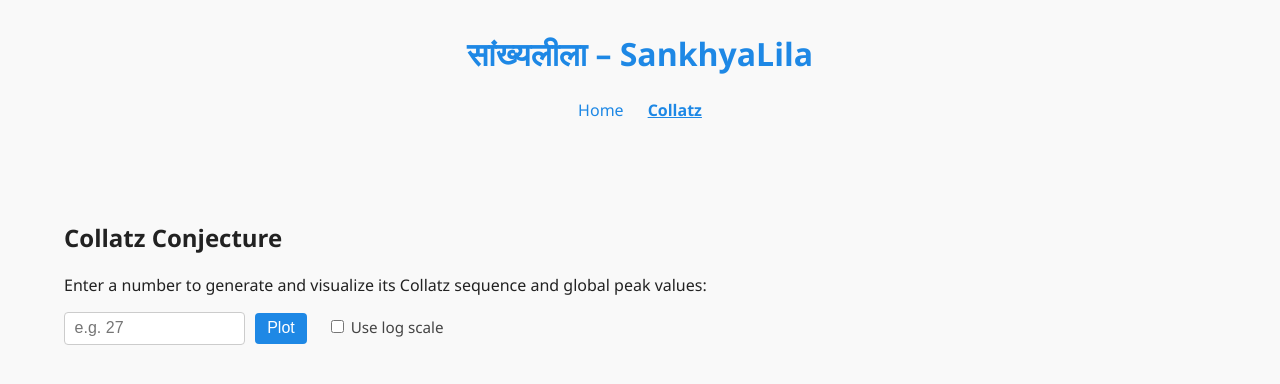
Repository: ChakreshSinghUC/SankhyaLila
Page: /collatz
An editor plug-in stored every save of this project. The page is shown before and after the next save, followed by the edit.
The browser window is 1280 px wide. The pictures show the whole page.
The project was rebuilt for these pictures with package versions that can differ from the ones it lists, and the page was loaded fresh each time.

Above is the page before, as saved 2025-07-05 17:04:22.

After the next save:
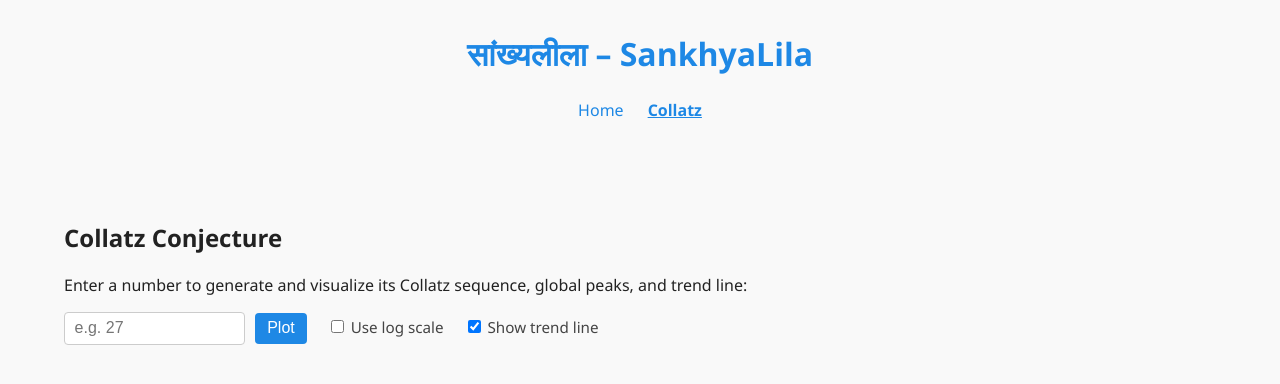
Saved 2 min 6 s later.
--- a/src/pages/Collatz.jsx
+++ b/src/pages/Collatz.jsx
@@ -27,6 +27,7 @@ export default function Collatz() {
   const [input, setInput] = useState('');
   const [sequence, setSequence] = useState([]);
   const [logScale, setLogScale] = useState(false);
+  const [showTrend, setShowTrend] = useState(true);
   const [peaks, setPeaks] = useState([]);
 
   const generateSequence = (n) => {
@@ -52,6 +53,18 @@ export default function Collatz() {
     setPeaks(peaksFound);
   };
 
+  const computeMovingAverage = (arr, windowSize) => {
+    const result = [];
+    for (let i = 0; i < arr.length; i++) {
+      const start = Math.max(0, i - Math.floor(windowSize / 2));
+      const end = Math.min(arr.length, i + Math.ceil(windowSize / 2));
+      const slice = arr.slice(start, end);
+      const avg = slice.reduce((a, b) => a + b, 0) / slice.length;
+      result.push(avg);
+    }
+    return result;
+  };
+
   const handleSubmit = () => {
     const n = parseInt(input);
     if (!isNaN(n) && n > 0) generateSequence(n);
@@ -60,25 +73,41 @@ export default function Collatz() {
   const peakMarkers = Array(sequence.length).fill(null);
   peaks.forEach(p => peakMarkers[p.index] = p.value);
 
+  const trendLine = computeMovingAverage(sequence, 5);
+
+  const datasets = [
+    {
+      label: 'Collatz Sequence',
+      data: sequence,
+      borderColor: '#1e88e5',
+      pointRadius: 0,
+      borderWidth: 2,
+      fill: false
+    },
+    {
+      label: 'New Global Maxima',
+      data: peakMarkers,
+      pointRadius: 5,
+      pointBackgroundColor: 'red',
+      showLine: false
+    }
+  ];
+
+  if (showTrend) {
+    datasets.push({
+      label: 'Trend (Moving Avg)',
+      data: trendLine,
+      borderColor: 'gray',
+      borderDash: [5, 5],
+      borderWidth: 1.5,
+      pointRadius: 0,
+      fill: false
+    });
+  }
+
   const data = {
     labels: sequence.map((_, i) => i),
-    datasets: [
-      {
-        label: 'Collatz Sequence',
-        data: sequence,
-        borderColor: '#1e88e5',
-        pointRadius: 0,
-        borderWidth: 2,
-        fill: false
-      },
-      {
-        label: 'New Global Maxima',
-        data: peakMarkers,
-        pointRadius: 5,
-        pointBackgroundColor: 'red',
-        showLine: false
-      }
-    ]
+    datasets: datasets
   };
 
   const options = {
@@ -98,7 +127,7 @@ export default function Collatz() {
       },
       title: {
         display: true,
-        text: 'Collatz Conjecture with Global Maxima',
+        text: 'Collatz Conjecture with Global Maxima and Trend',
         font: { size: 18 }
       }
     },
@@ -131,7 +160,7 @@ export default function Collatz() {
   return (
     <div style={{ padding: '2rem' }}>
       <h2>Collatz Conjecture</h2>
-      <p>Enter a number to generate and visualize its Collatz sequence and global peak values:</p>
+      <p>Enter a number to generate and visualize its Collatz sequence, global peaks, and trend line:</p>
       <input
         type="number"
         value={input}
@@ -148,6 +177,14 @@ export default function Collatz() {
         />
         &nbsp;Use log scale
       </label>
+      <label style={{ marginLeft: '20px' }}>
+        <input
+          type="checkbox"
+          checked={showTrend}
+          onChange={() => setShowTrend(!showTrend)}
+        />
+        &nbsp;Show trend line
+      </label>
 
       {sequence.length > 0 && (
         <div style={{ marginTop: '2rem' }}>
